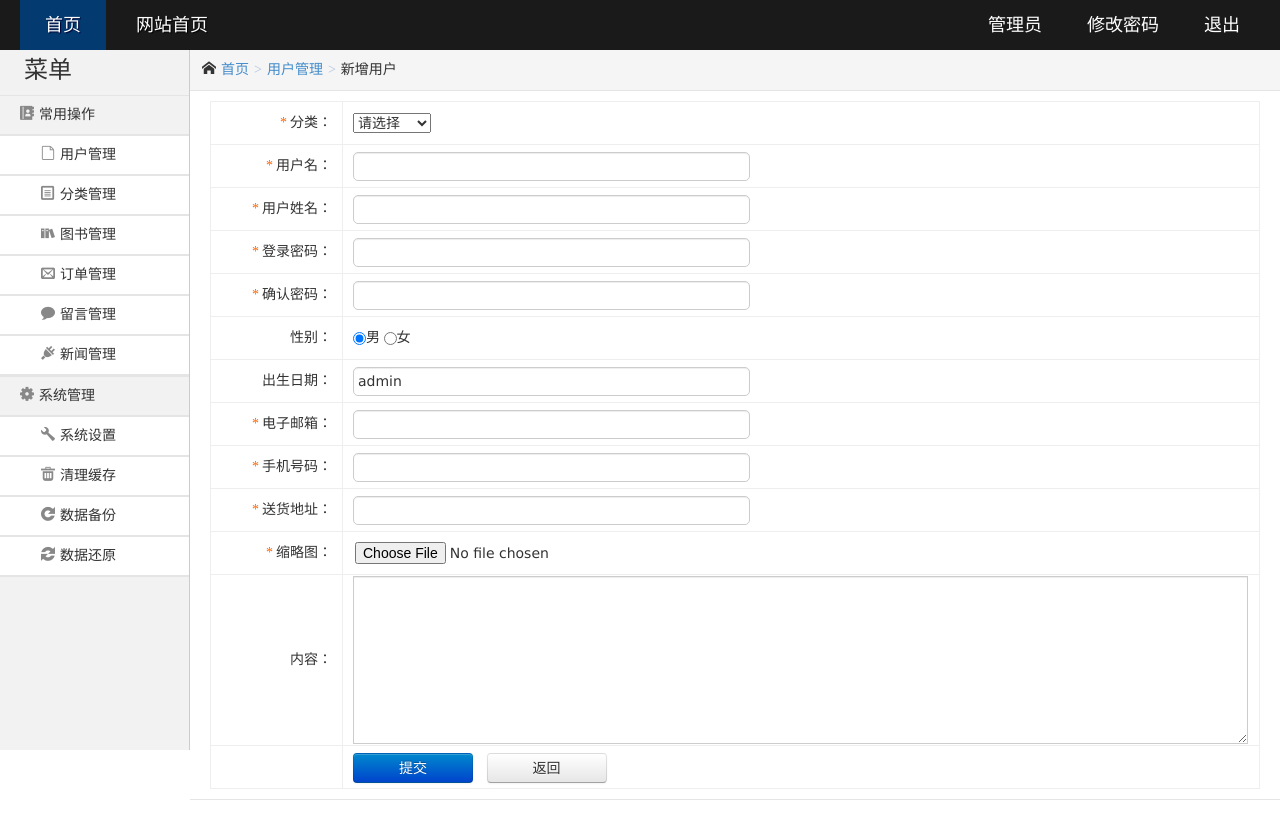
Repository: tianxiaohuahua/liuzhishop
Page: http://localhost/liuzhishop/manage/admin_useradd.jsp
The author's editor kept a copy of each file at every save. The page is drawn from the files as they stood at one save, then again after the next save.
The browser window is 1280 px wide. The pictures show the whole page.
The page is served by Tomcat 9. Other server files are loaded and not shown.

Above is the page before, as saved 2021-02-21 12:16:37.

### liuzhishop/WebContent/manage/admin_useradd.jsp
<%@ page language="java" contentType="text/html; charset=UTF-8"
    pageEncoding="UTF-8"%>
<%@ include file="admin_menu.jsp" %>
    <!--/sidebar-->
    <div class="main-wrap">

        <div class="crumb-wrap">
            <div class="crumb-list"><i class="icon-font"></i><a href="/jscss/admin/design/">首页</a><span class="crumb-step">&gt;</span><a class="crumb-name" href="admin_user.jsp">用户管理</a><span class="crumb-step">&gt;</span><span>新增用户</span></div>
        </div>
        <div class="result-wrap">
            <div class="result-content">
                <form action="/jscss/admin/design/add" method="post" id="myform" name="myform" enctype="multipart/form-data">
                    <table class="insert-tab" width="100%">
                        <tbody><tr>
                            <th width="120"><i class="require-red">*</i>分类：</th>
                            <td>
                                <select name="colId" id="catid" class="required">
                                    <option value="">请选择</option>
                                    <option value="19">精品界面</option><option value="20">推荐界面</option>
                                </select>
                            </td>
                        </tr>

                            <tr>
                                <th><i class="require-red">*</i>用户名：</th>
                                <td>
                                    <input class="common-text required" id="title" name="username" size="50" value="" type="text">
                                </td>
                            </tr>
                            <tr>
                                <th><i class="require-red">*</i>用户姓名：</th>
                                <td>
                                    <input class="common-text required" id="title" name="name" size="50" value="" type="text">
                                </td>
                            </tr>

                            <tr>
                                <th><i class="require-red">*</i>登录密码：</th>
                                <td>
                                    <input class="common-text required" id="title" name="password" size="50" value="" type="text">
                                </td>
                            </tr>

                             <tr>
                                <th><i class="require-red">*</i>确认密码：</th>
                                <td>
                                    <input class="common-text required" id="title" name="rePassword" size="50" value="" type="text">
                                </td>
                            </tr>

                           <tr>
                                <th>性别：</th>
                                <td>
                                    <input type="radio" name="sex" value="T" checked="checked">男
                                    <input type="radio" name="sex" value="T" >女
                                </td>
                            </tr>

                            <tr>
                                <th>出生日期：</th>
                                <td><input class="common-text" name="birthday" size="50" value="admin" type="text"></td>
                            </tr>

                             <tr>
                                <th><i class="require-red">*</i>电子邮箱：</th>
                                <td>
                                    <input class="common-text required" id="title" name="email" size="50" value="" type="text">
                                </td>
                            </tr>

                             <tr>
                                <th><i class="require-red">*</i>手机号码：</th>
                                <td>
                                    <input class="common-text required" id="title" name="mobiel" size="50" value="" type="text">
                                </td>
                            </tr>

                             <tr>
                                <th><i class="require-red">*</i>送货地址：</th>
                                <td>
                                    <input class="common-text required" id="title" name="address" size="50" value="" type="text">
                                </td>
                            </tr>
                            <tr>
                                <th><i class="require-red">*</i>缩略图：</th>
                                <td><input name="smallimg" id="" type="file"><!--<input type="submit" onclick="submitForm('/jscss/admin/design/upload')" value="上传图片"/>--></td>
                            </tr>
                            <tr>
                                <th>内容：</th>
                                <td><textarea name="content" class="common-textarea" id="content" cols="30" style="width: 98%;" rows="10"></textarea></td>
                            </tr>
                            <tr>
                                <th></th>
                                <td>
                                    <input class="btn btn-primary btn6 mr10" value="提交" type="submit">
                                    <input class="btn btn6" onClick="history.go(-1)" value="返回" type="button">
                                </td>
                            </tr>
                        </tbody></table>
                </form>
            </div>
        </div>

    </div>
    <!--/main-->
</div>
</body>
</html>

### liuzhishop/WebContent/manage/admin_menu.jsp
<%@ page language="java" contentType="text/html; charset=UTF-8"
    pageEncoding="UTF-8"%>
<!DOCTYPE html PUBLIC "-//W3C//DTD HTML 4.01 Transitional//EN" "http://www.w3.org/TR/html4/loose.dtd">
<html>
<head>
    <meta charset="UTF-8"/>
    <title>简单通用文章系统后台管理模板</title>
    <link rel="stylesheet" type="text/css" href="css/common.css"/>
    <link rel="stylesheet" type="text/css" href="css/main.css"/>
</head>
<body>
<div class="topbar-wrap white">
    <div class="topbar-inner clearfix">
        <div class="topbar-logo-wrap clearfix">
            <h1 class="topbar-logo none"><a href="index.html" class="navbar-brand">后台管理</a></h1>
            <ul class="navbar-list clearfix">
                <li><a class="on" href="admin_index.jsp">首页</a></li>
                <li><a href="#" target="_blank">网站首页</a></li>
            </ul>
        </div>
        <div class="top-info-wrap">
            <ul class="top-info-list clearfix">
                <li><a href="#">管理员</a></li>
                <li><a href="#">修改密码</a></li>
                <li><a href="#">退出</a></li>
            </ul>
        </div>
    </div>
</div>
<div class="container clearfix">
    <div class="sidebar-wrap">
        <div class="sidebar-title">
            <h1>菜单</h1>
        </div>
        <div class="sidebar-content">
            <ul class="sidebar-list">
                <li>
                    <a href="#"><i class="icon-font">&#xe003;</i>常用操作</a>
                    <ul class="sub-menu">
                        <li><a href="admin_user.jsp"><i class="icon-font">&#xe008;</i>用户管理</a></li>
                        <li><a href="admin_cate.jsp"><i class="icon-font">&#xe005;</i>分类管理</a></li>
                        <li><a href="admin_product.jsp"><i class="icon-font">&#xe006;</i>图书管理</a></li>
                        <li><a href="admin_order.jsp"><i class="icon-font">&#xe004;</i>订单管理</a></li>
                        <li><a href="admin_message.jsp"><i class="icon-font">&#xe012;</i>留言管理</a></li>
                        <li><a href="admin_news.jsp"><i class="icon-font">&#xe052;</i>新闻管理</a></li>
                    </ul>
                </li>
                <li>
                    <a href="#"><i class="icon-font">&#xe018;</i>系统管理</a>
                    <ul class="sub-menu">
                        <li><a href="system.html"><i class="icon-font">&#xe017;</i>系统设置</a></li>
                        <li><a href="system.html"><i class="icon-font">&#xe037;</i>清理缓存</a></li>
                        <li><a href="system.html"><i class="icon-font">&#xe046;</i>数据备份</a></li>
                        <li><a href="system.html"><i class="icon-font">&#xe045;</i>数据还原</a></li>
                    </ul>
                </li>
            </ul>
        </div>
    </div>

### liuzhishop/WebContent/manage/css/main.css
.sidebar-wrap{float: left;width: 189px;min-height:700px;background: #f2f2f2;border-right:1px solid #ccc;/*cursor:e-resize;*/}
.main-wrap{margin-left: 190px;min-height:100%;}
.sidebar-title{height: 40px;line-height: 40px;text-indent:1em;font-size: 24px;text-align: left;}
.sidebar-title h1{font-weight: normal;}
.sidebar-content{padding-top: 5px;}
.sidebar-list li{border:1px solid #e5e5e5;border-width:1px 0;}
.sidebar-list li .icon-font{margin-right: 5px;color: #888;font-size: 14px;}
.sidebar-list li a{padding: 0 16px 0 20px;display: block;height: 38px;line-height: 38px;color: #333;}
.sidebar-list li a:hover{background: #fff;color: #1963AA;}
.sub-menu{border-top: 1px solid #e5e5e5;background: #fff;}
.sub-menu li{padding-left: 21px;}
.sub-menu li.on{background: #1963AA;}
.sub-menu li.on a{background: #1963AA;color: #fff;}
.sub-menu li.on .icon-font{color: #fff;}
.sub-menu .icon-font{font-size: 11px;}
/* main */
.crumb-wrap{height: 40px;line-height: 39px;border-bottom: 1px solid #e5e5e5;background: #f5f5f5;}
.crumb-list{padding-left: 12px;}
.crumb-list .icon-font{margin-right: 5px;}
.crumb-step{margin: 0 5px;color: #b2c2e0;font-family: serif;}
.search-wrap{padding: 15px 0;border-bottom: 1px solid #e5e5e5;}
.search-tab tr{line-height: 35px;}
.search-tab th{text-align: right;padding-right:10px;font-weight: normal;}
.search-tab td{padding: 0 5px;}
.common-text{height: 23px;line-height: 23px;padding: 2px 4px;border: 1px solid #ccc;background: #fff;border-radius:5px;}
.result-wrap{padding:10px 20px;border-bottom: 1px solid #e5e5e5;}
.result-title{line-height: 35px;padding-bottom: 5px;overflow: hidden;}
.comment-title{line-height: 35px;margin-bottom: 10px;overflow: hidden;}
.result-list a{margin-right: 15px;}
.result-list i{padding-right: 5px;}
.result-tab{border-collapse:collapse;border: 1px solid #ddd;}
.result-tab th{font-weight: normal;font-size: 15px;text-align: left;background: url(../images/tab-thbg.png) #f9f9f9 0 bottom repeat-x;}
.result-tab th,.result-tab td{padding:5px;border-bottom: 1px solid #ddd;border-right: 1px solid #e1e1e1;}
.result-tab tr{line-height:35px;}
.result-tab th.tc,.result-tab td.tc{text-align: center;}
.result-tab tr:nth-child(odd){background: #f9f9f9;}
.result-tab tr:hover{background: #f1f1f1;}
.result-tab tr.even-tr{background: #e9fff2;}
.comment-tab{border-bottom: 1px solid #ddd;padding-left: 15px;margin-bottom: 10px;}
.comment-tab a{float: left;}
.comment-tab a.on{padding: 0 15px;background: #49afcd;color: #fff;border-radius:5px 5px 0 0;}
/* config */
.config-items{margin-bottom: 25px;}
.config-title{margin-bottom: 10px;}
.config-title h1{font-size: 14px;font-weight: normal;}
.config-title h1 i{margin-right: 5px;font-size: 12px;}
.columns-title{padding: 10px 0;height: 35px;line-height: 35px;overflow: hidden;}
/*.columns-title .comment-tab{padding-left: 0;}*/
.visitor-img{float: left;}
.visitor-info{float: left;padding-left: 10px;line-height:23px;}
.visitor-email{color: #aaa;}
.short-wrap a{margin-right: 20px;}
.short-wrap a i{margin-right: 5px;}
.res-lab{display: inline-block;width: 150px;padding-right: 10px;text-align: right;}
.sys-info-list li{line-height: 35px;border-bottom: 1px dashed #eaeaea;}
.res-lab{color: #909090;}
.res-info{font-size: 15px;}
.sort-input{width: 25px;text-align: center;}

Loaded but not shown: liuzhishop/WebContent/manage/css/common.css (122 lines, source omitted)

After the next save:
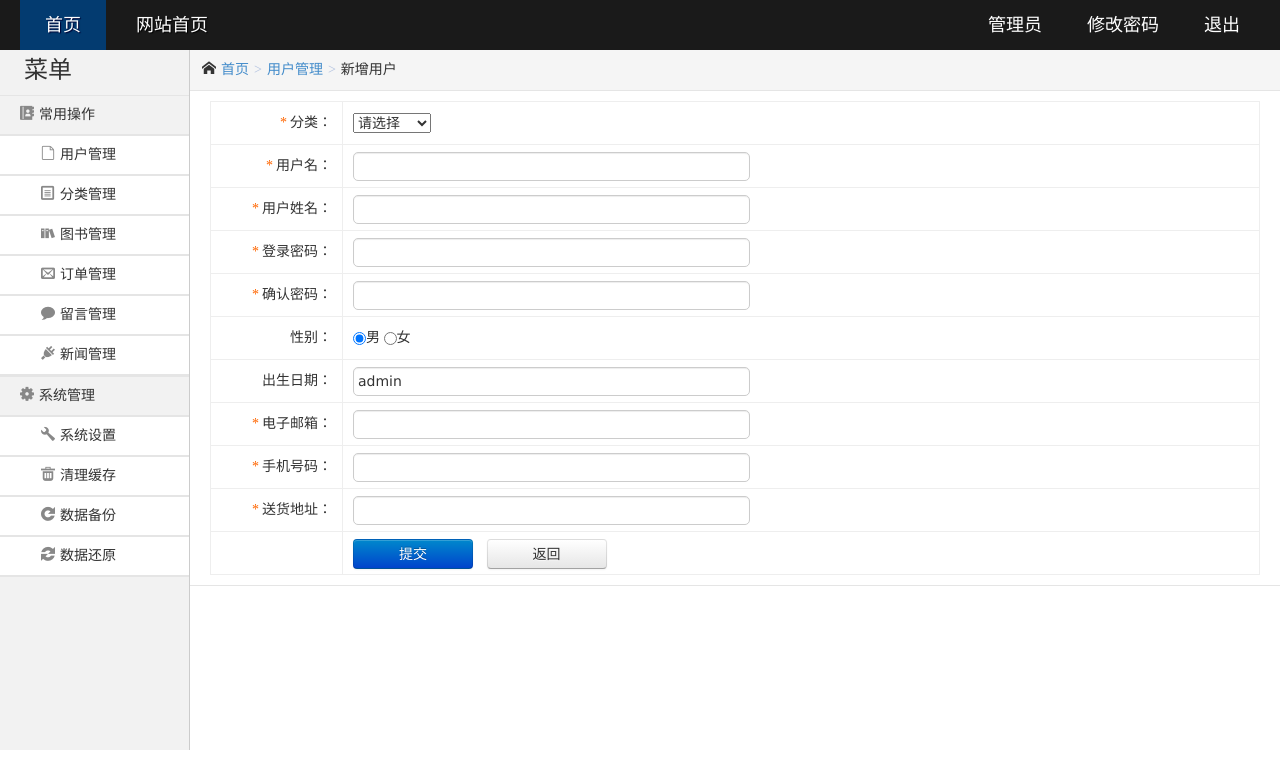
Saved 29 s later.
--- a/liuzhishop/WebContent/manage/admin_useradd.jsp
+++ b/liuzhishop/WebContent/manage/admin_useradd.jsp
@@ -81,14 +81,7 @@
                                     <input class="common-text required" id="title" name="address" size="50" value="" type="text">
                                 </td>
                             </tr>
-                            <tr>
-                                <th><i class="require-red">*</i>缩略图：</th>
-                                <td><input name="smallimg" id="" type="file"><!--<input type="submit" onclick="submitForm('/jscss/admin/design/upload')" value="上传图片"/>--></td>
-                            </tr>
-                            <tr>
-                                <th>内容：</th>
-                                <td><textarea name="content" class="common-textarea" id="content" cols="30" style="width: 98%;" rows="10"></textarea></td>
-                            </tr>
+
                             <tr>
                                 <th></th>
                                 <td>
